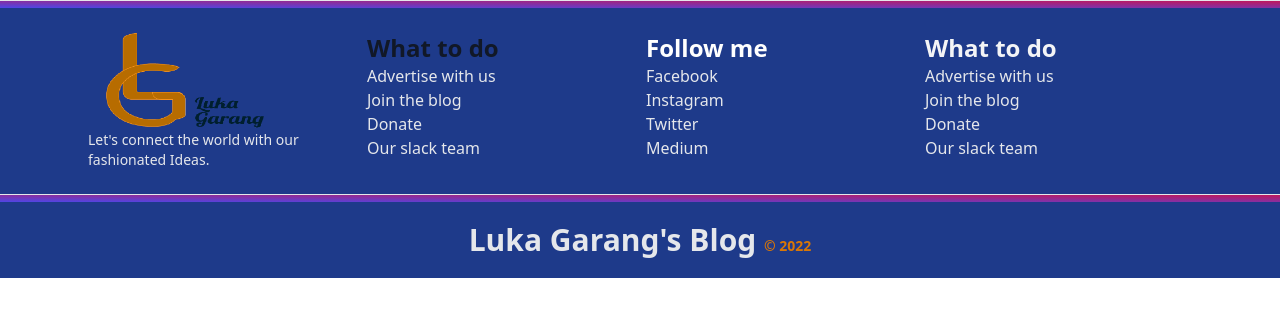
Repository: kenyi-mic/Luka_blog
Page: /footer
These files come from the project's save history. The page is drawn as it stood at one moment and after the next save; the edit follows.
The browser window is 1280 px wide. The pictures show the whole page.
The project was rebuilt for these pictures with package versions that can differ from the ones it lists, and the page was loaded fresh each time. The framework's server and built-in components were replaced by stand-ins that run in the browser. Also part of the build but not shown: next.config.js.

Above is the page before, as saved 2022-04-19 10:23:02.

### pages/footer.tsx
import React from 'react'

function footer() {
  return (
    <div className="bg-blue-900">
      <hr className="w-full h-2 bg-gradient-to-tr from-indigo-600 to-pink-700"/>
      <div className="grid grid-cols-1 sm:grid-cols-2 lg:grid-cols-4 lg:gap-3 md:gap-6 p-2 md:p-6 max-w-6xl mx-auto">
       {/* first*/}
       <div  className="">
         <img className="w-44" src="/logo.png" alt="logo" />
         <p className="text-sm text-gray-200">Let's connect the world with our fashionated Ideas.</p>

       </div>
      {/* second*/}
      <div className=" text-gray-200 ">
        <h2 className="text-2xl font-bold text-gray-900 ">What to do</h2>
        <h4>Advertise with us</h4>
        <h4>Join the blog</h4>
        <h4>Donate</h4>
        <h4>Our slack team</h4>
      </div >
       {/* third*/}
       <div className=" text-gray-200 ">
        <h2 className="text-2xl font-bold text-white ">Follow me</h2>
        <h4>Facebook</h4>
        <h4>Instagram</h4>
        <h4>Twitter</h4>
        <h4>Medium</h4>

        </div>

        {/* fourth*/}
        <div  className=" text-gray-200 ">
        <h2 className="text-2xl font-bold text-gray-100 ">What to do</h2>
        <h4>Advertise with us</h4>
        <h4>Join the blog</h4>
        <h4>Donate</h4>
        <h4>Our slack team </h4>
        </div>
      </div>
      <hr className="w-full h-2 bg-gradient-to-tr from-indigo-600 to-pink-700"/>
      <h1 className="text-3xl shadow-green-700 font-bold text-gray-200 text-shadow text-center py-5">Luka Garang's Blog <span className="text-amber-600 text-sm text-extralight">	&copy; 2022</span></h1>
    </div>
  )
}

export default footer

Loaded but not shown: pages/_app.tsx (common file); styles/globals.css (common file); tailwind.config.js (common file)

After the next save:
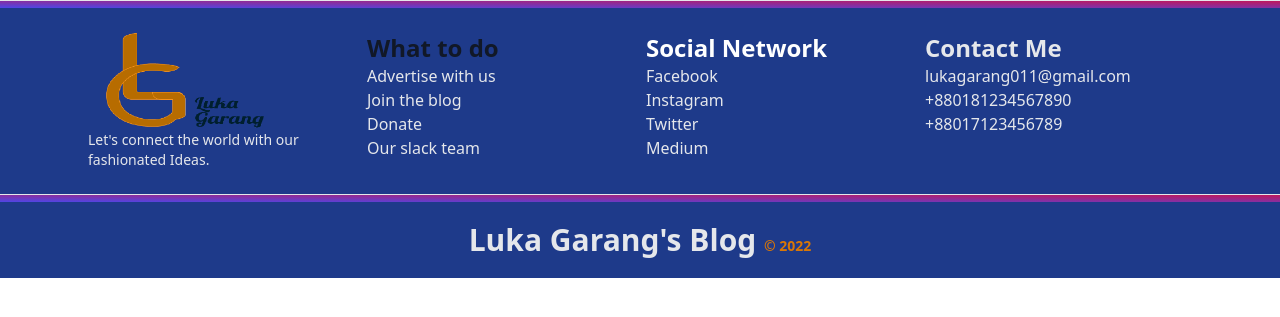
Saved 3 min 3 s later.
--- a/pages/footer.tsx
+++ b/pages/footer.tsx
@@ -21,7 +21,7 @@
       </div >
        {/* third*/}
        <div className=" text-gray-200 ">
-        <h2 className="text-2xl font-bold text-white ">Follow me</h2>
+        <h2 className="text-2xl font-bold text-white ">Social Network</h2>
         <h4>Facebook</h4>
         <h4>Instagram</h4>
         <h4>Twitter</h4>
@@ -31,11 +31,11 @@
 
         {/* fourth*/}
         <div  className=" text-gray-200 ">
-        <h2 className="text-2xl font-bold text-gray-100 ">What to do</h2>
-        <h4>Advertise with us</h4>
-        <h4>Join the blog</h4>
-        <h4>Donate</h4>
-        <h4>Our slack team </h4>
+        <h2 className="text-2xl font-bold ">Contact Me </h2>
+        <h4>lukagarang011@gmail.com</h4>
+        <h4>+880181234567890</h4>
+        <h4>+88017123456789</h4>
+        <h4></h4>
         </div>
       </div>
       <hr className="w-full h-2 bg-gradient-to-tr from-indigo-600 to-pink-700"/>
